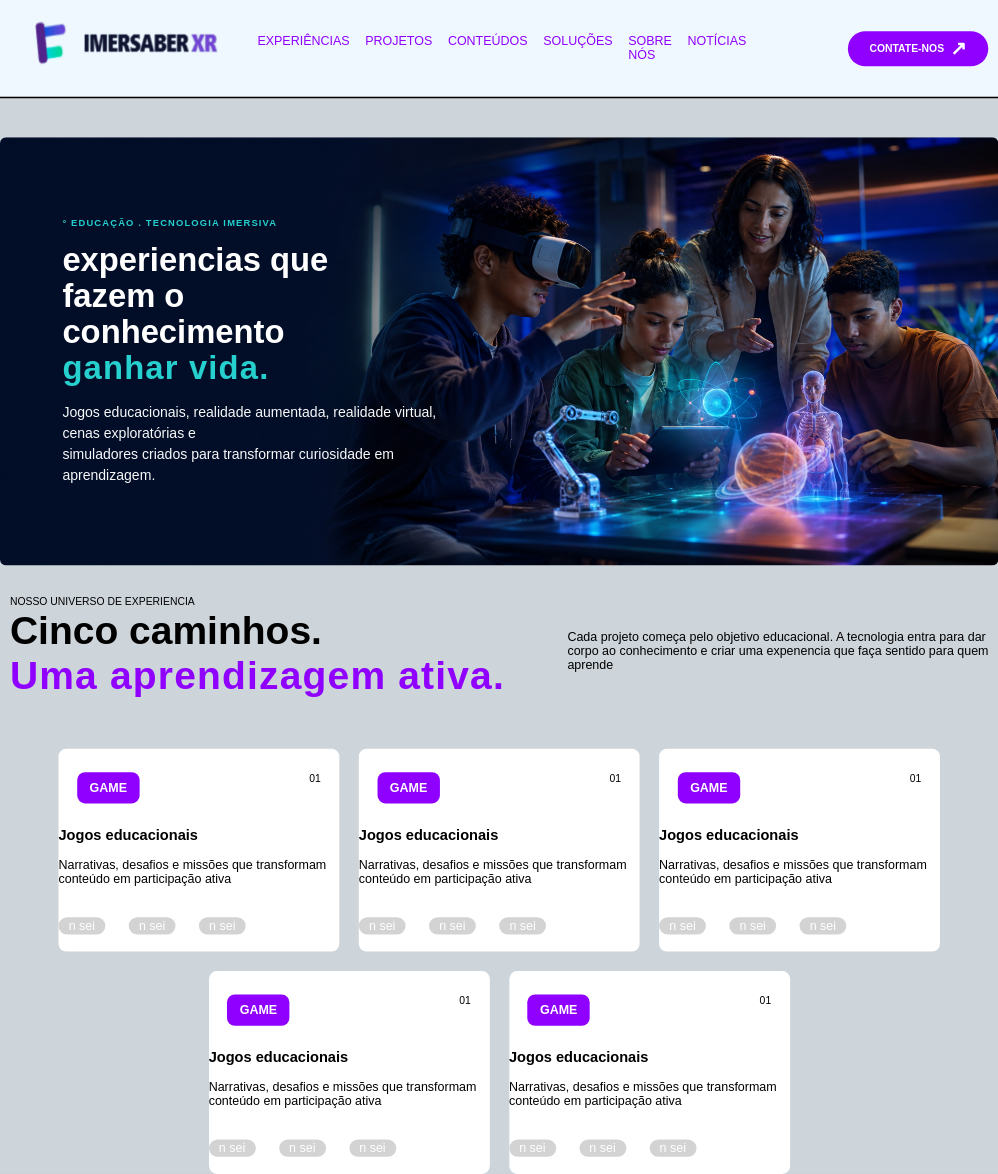
Repository: antonymsantana-design/Avaliacao.Parte.01
Page: html/index.html
An editor plug-in stored every save of this project. The page is shown before and after the next save, followed by the edit.
The browser window is 1280 px wide. The pictures show the whole page, at 78% of full size.

Above is the page before, as saved 2026-08-29 18:49:14.

After the next save:
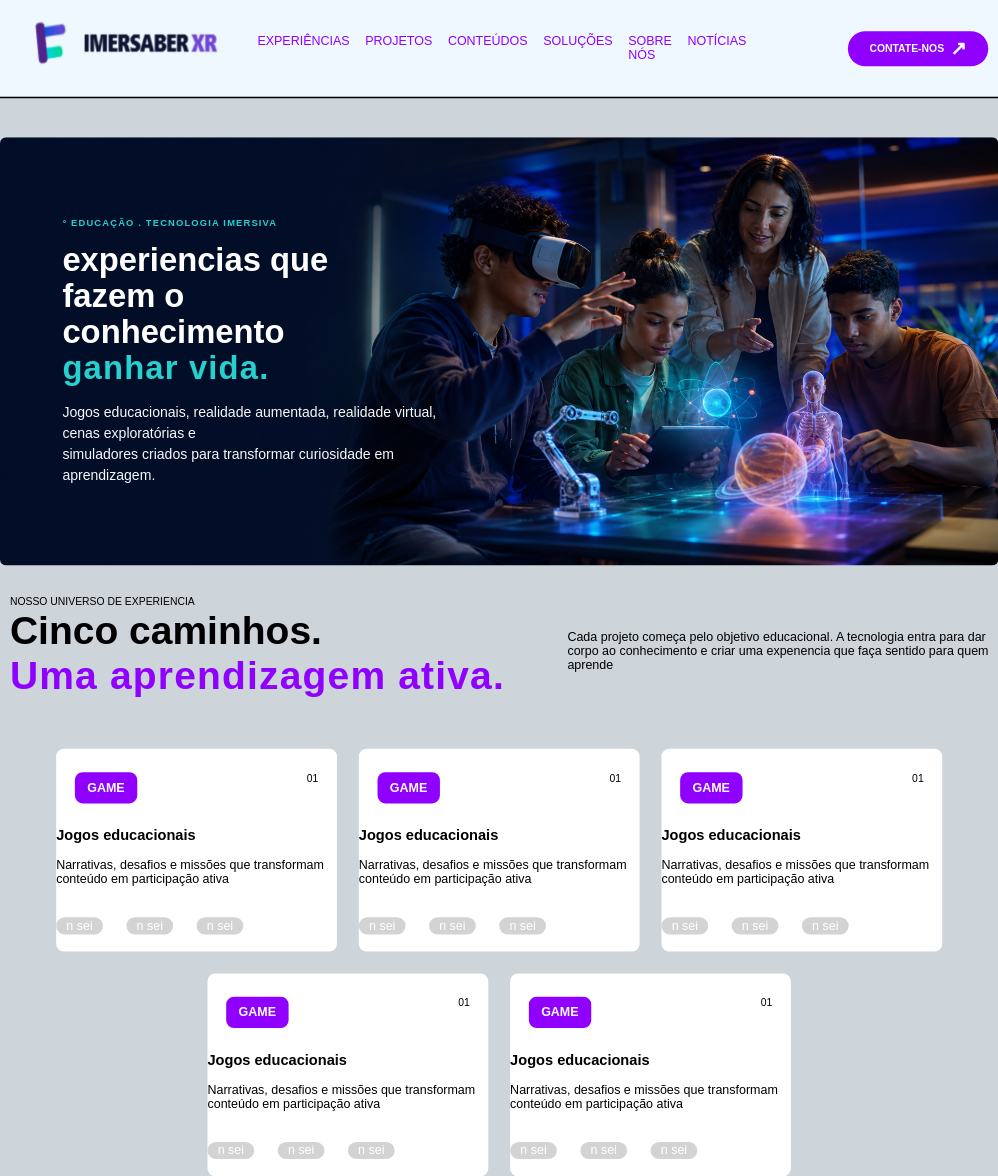
Saved 5 s later.
--- a/css/Style.css
+++ b/css/Style.css
@@ -192,6 +192,6 @@ span {
 .cards{
     display: flex;
     justify-content: center;
-    gap: 25px;
+    gap: 28px;
     flex-wrap: wrap;
 }
